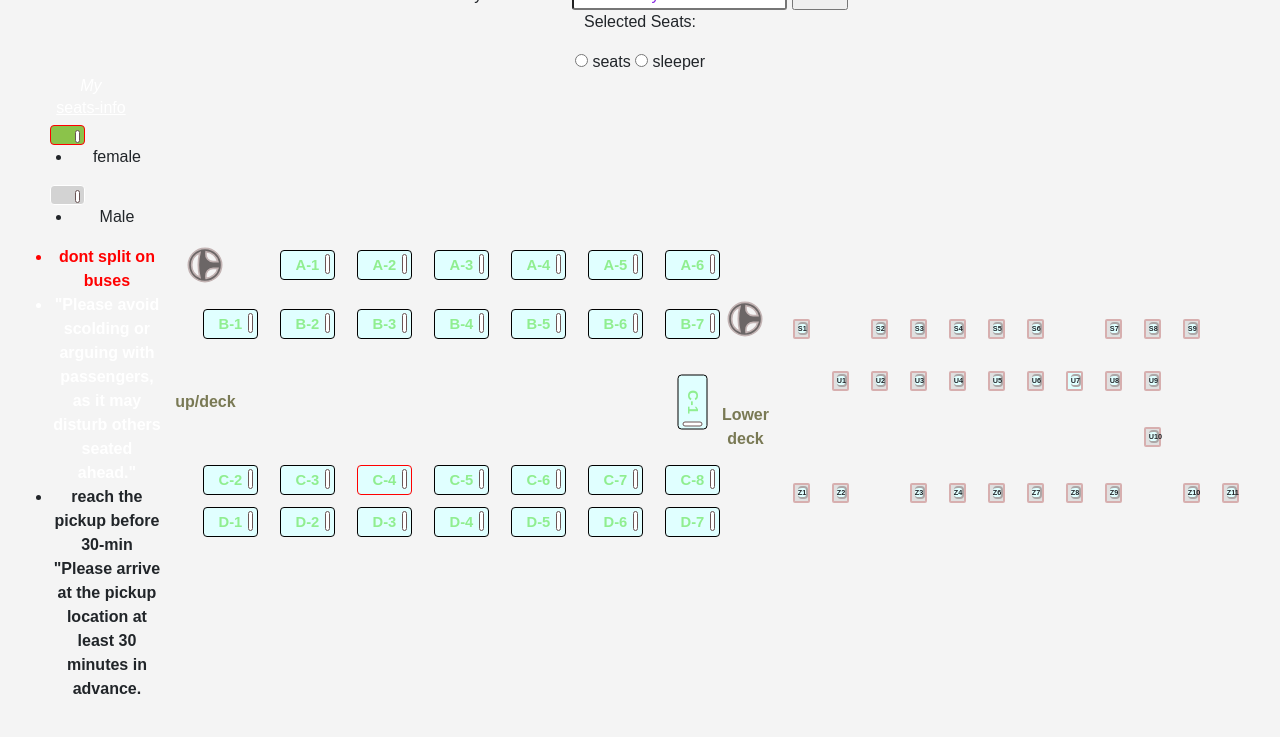
Repository: mohanmania/Redbus_Clone
Page: js-project/seat-selection/seats.html
The author's editor kept a copy of each file at every save. The page is drawn from the files as they stood at one save, then again after a run of saves.
The browser window is 1280 px wide. The pictures show the part of the page from y = 356 to 1093 px (the page is 1093 px tall).
The pointer rests on the first visible `.seats`.
A picture or video elsewhere on the page could not be fetched, so the positions and the page height are approximate.

Above is the page before, as saved 2025-01-23 17:13:50.

After the next 2 saves:
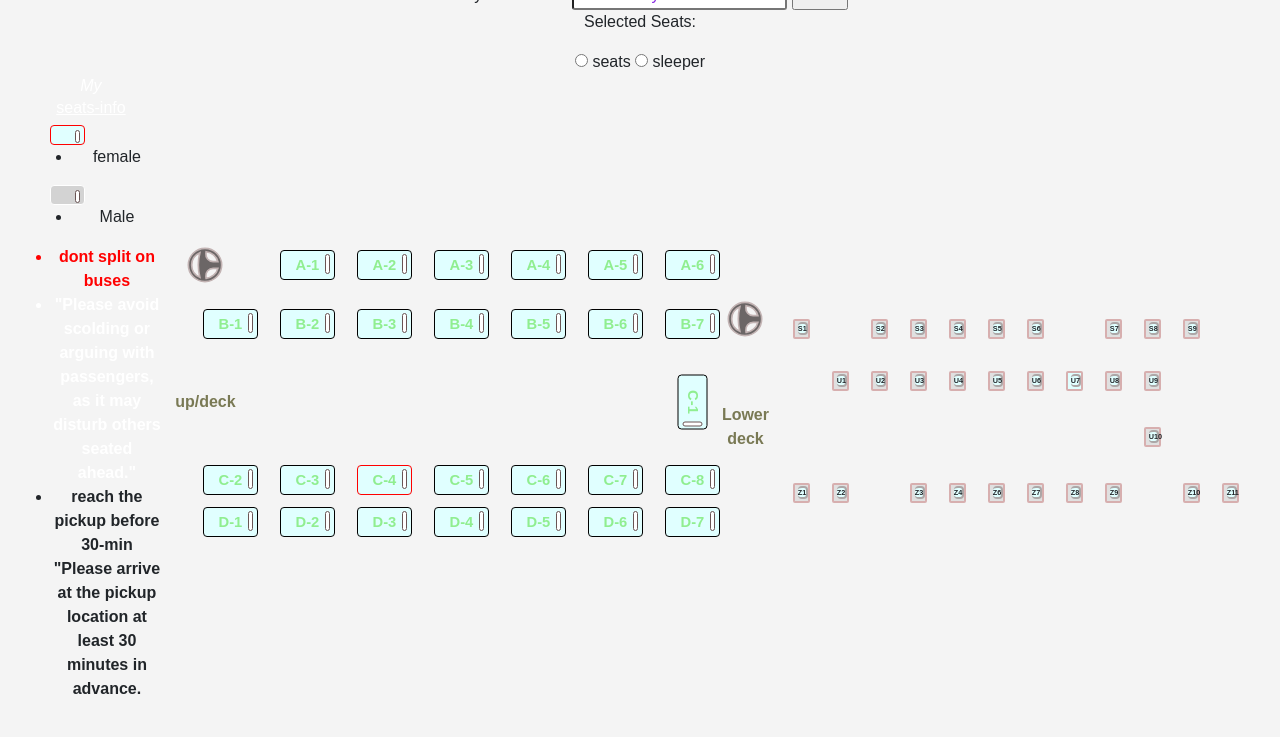
The 2 saves are shown as one change because they came seconds apart.
The last was saved 20 s later.
--- a/js-project/seat-selection/seats.css
+++ b/js-project/seat-selection/seats.css
@@ -154,9 +154,9 @@ td {
 }
 
 .seats:hover, .seats-back:hover, .outdiv1:hover {
-    background-color: #8bc34a;
+    /* background-color: #8bc34a; */
     color: white;
-    border-color: #4caf50;
+    border-color: #bcd8bd;
 }
 
 .inside-div, .inside-div-back, .indiv {
